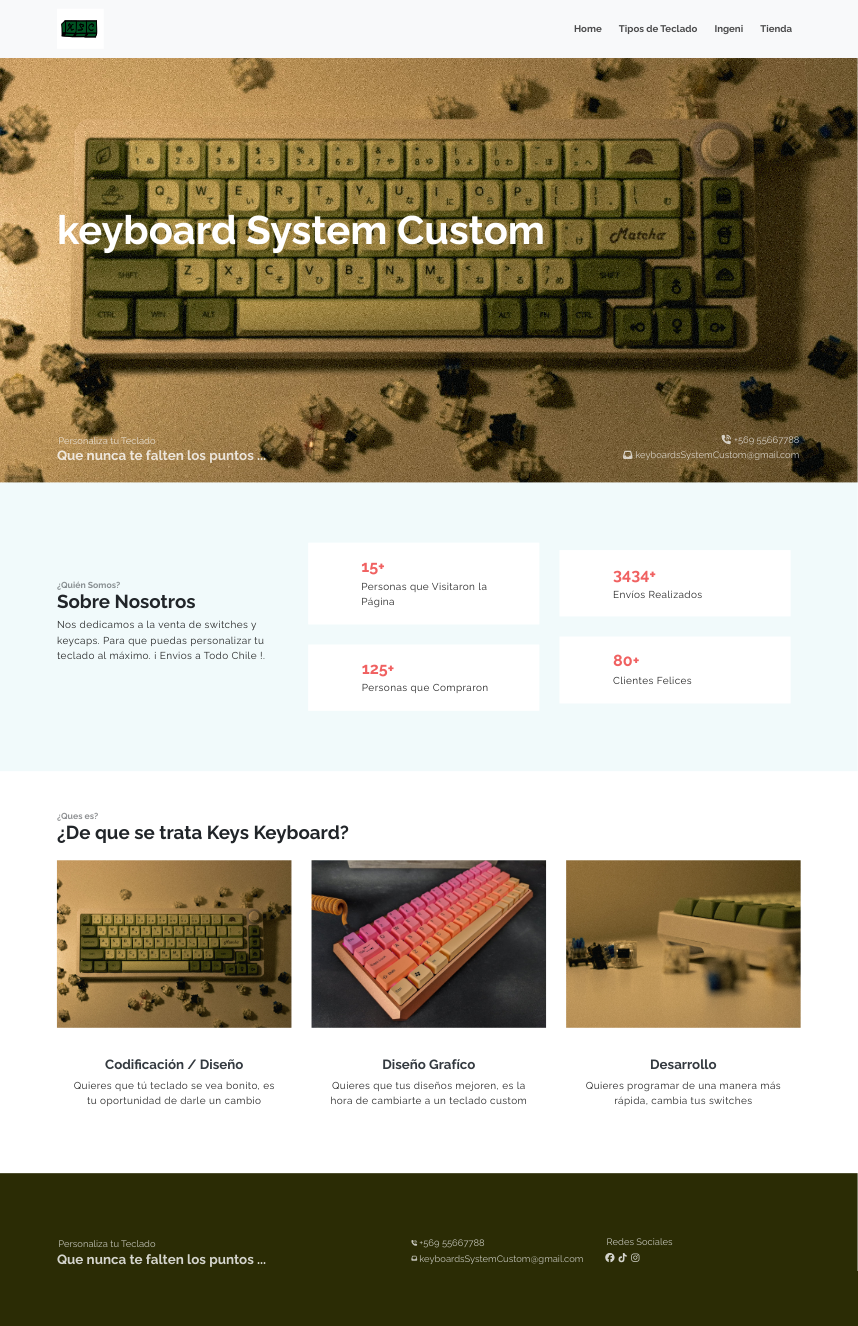
Repository: sebaqqq/customKeyboard
Page: /
An editor plug-in stored every save of this project. The page is shown before and after a run of saves, followed by the edit.
The browser window is 1280 px wide. The pictures show the whole page, at 67% of full size.
The project was rebuilt for these pictures with package versions that can differ from the ones it lists, and the page was loaded fresh each time. The framework's server and built-in components were replaced by stand-ins that run in the browser. Also part of the build but not shown: next.config.js.

Above is the page before, as saved 2023-01-27 15:49:13.

After the next 4 saves:
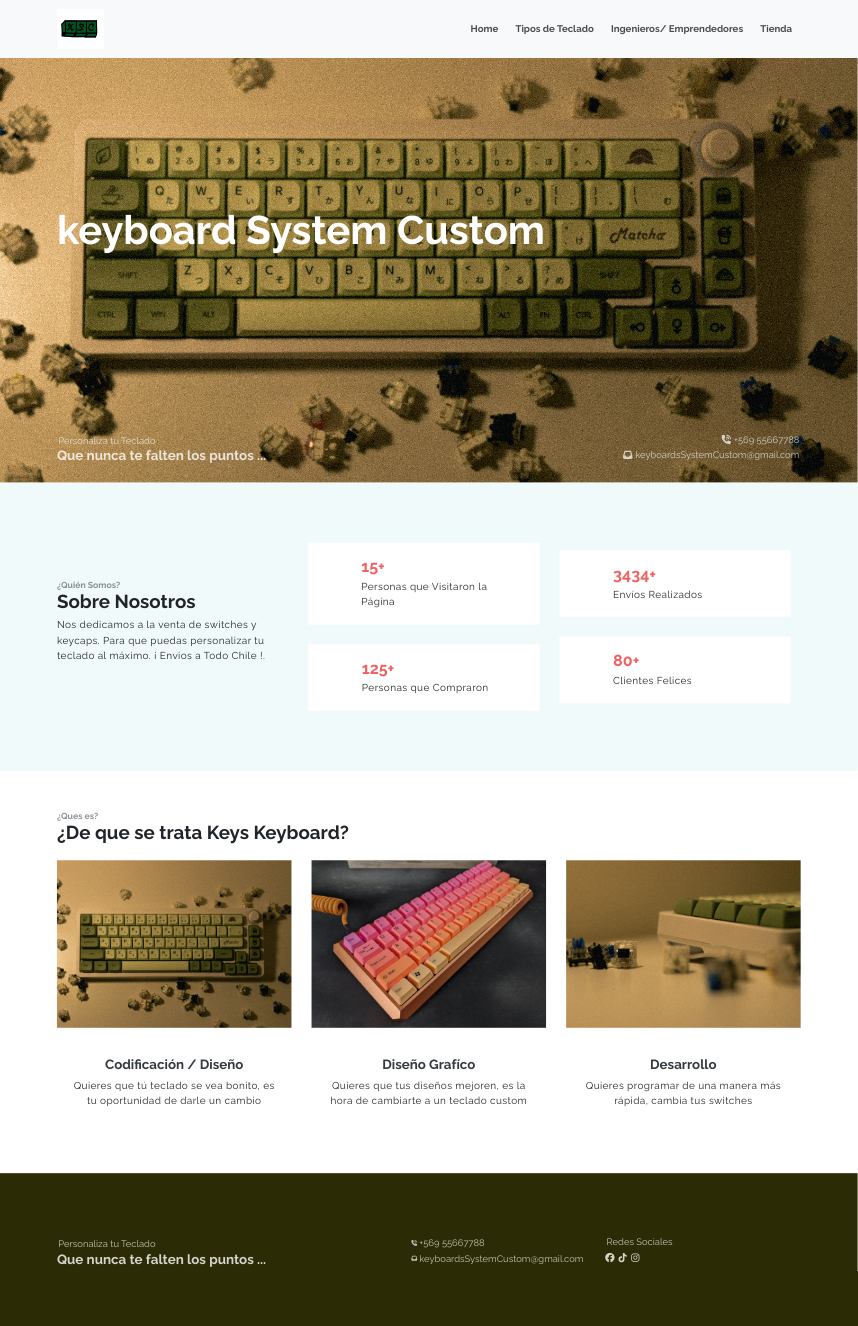
The 4 saves are shown as one change because they came seconds apart.
The last was saved 11 s later.
--- a/components/Header.js
+++ b/components/Header.js
@@ -20,7 +20,7 @@
     label: 'Tipos de Teclado',
     route: '/keyboardAbout'
 },{
-    label: 'Ingeni',
+    label: 'Ingenieros/ Emprendedores',
     route: '/about'
 },{
     label: 'Tienda',
